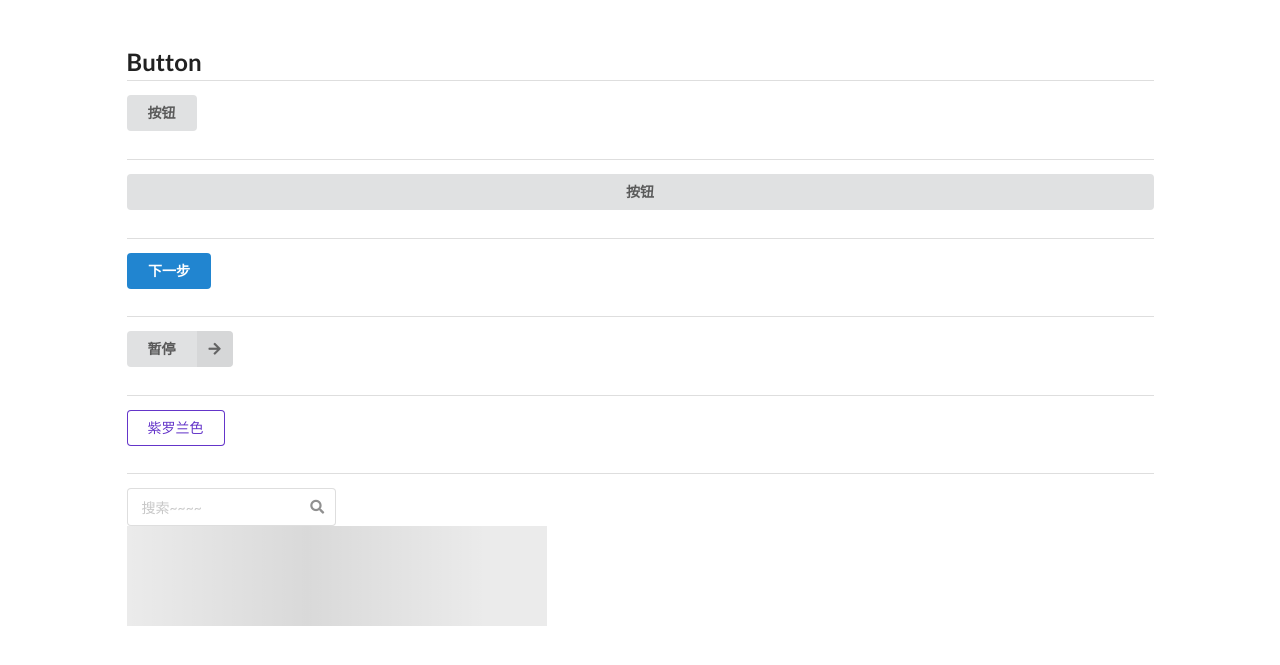
Repository: GOGOHQ/myblog
Page: index.html
These files come from the project's save history. The page is drawn as it stood at one moment and after the next save; the edit follows.
The browser window is 1280 px wide. The pictures show the whole page.
Some web libraries are served in a nearby version.

Above is the page before, as saved 2020-01-16 14:34:33.

After the next save:
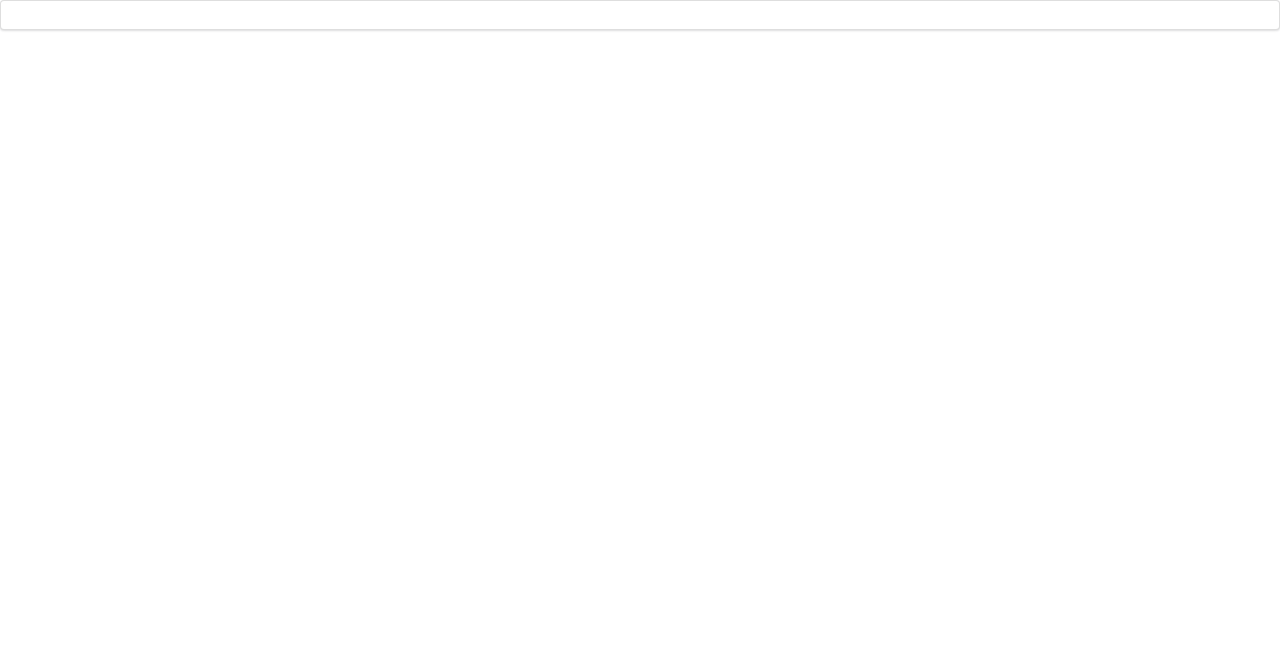
Saved 4 min 34 s later.
--- a/index.html
+++ b/index.html
@@ -11,62 +11,18 @@
 </head>
 
 <body>
-<div class="ui container" style="padding:50px">
-    <h2 class="ui dividing header">Button</h2>
-    <button class="ui button">按钮</button>
-    <!-- 填充父容器的按钮 -->
-    <h2 class="ui dividing header"></h2>
-    <button class="ui button fluid">按钮</button>
-    <h2 class="ui dividing header"></h2>
-    <!-- 动画按钮 -->
-    <button class="ui button vertical primary animated">
-        <div class="visible content">下一步</div>
-        <div class="hidden content">
-            <i class="right arrow icon"></i>
-        </div>
-    </button>
-    <h2 class="ui dividing header"></h2>
-    <!-- 标签按钮 -->
-    <button class="ui right labeled icon button ">
-        <i class="right arrow icon"></i>
-        暂停
-    </button>
-    <!-- 彩色按钮 -->
-    <h2 class="ui dividing header"></h2>
-    <button class="ui violet basic button">
-        紫罗兰色
-    </button>
-    <!-- 文本框 -->
-    <h2 class="ui dividing header"></h2>
-    <div class="ui icon input">
-        <input type="text" placeholder="搜索~~~~">
-        <i class=" search link icon"></i>
-    </div>
-    <div class="ui placeholder">
-        <div class="image"></div>
-    </div>
-    <div class="ui grid">
-        <div class="column"></div>
-        <div class="column"></div>
-        <div class="column"></div>
-        <div class="column"></div>
-        <div class="column"></div>
-        <div class="column"></div>
-        <div class="column"></div>
-        <div class="column"></div>
-        <div class="column"></div>
-        <div class="column"></div>
-        <div class="column"></div>
-        <div class="column"></div>
-        <div class="column"></div>
-        <div class="column"></div>
-        <div class="column"></div>
-        <div class="column"></div>
-    </div>
+<!-- 导航 -->
+<nav class="ui segment ">
+
+</nav>
+<!-- 内容 -->
+<div>
 
 </div>
+<!-- 底部 -->
+<footer>
 
-
+</footer>
 </body>
 
 
